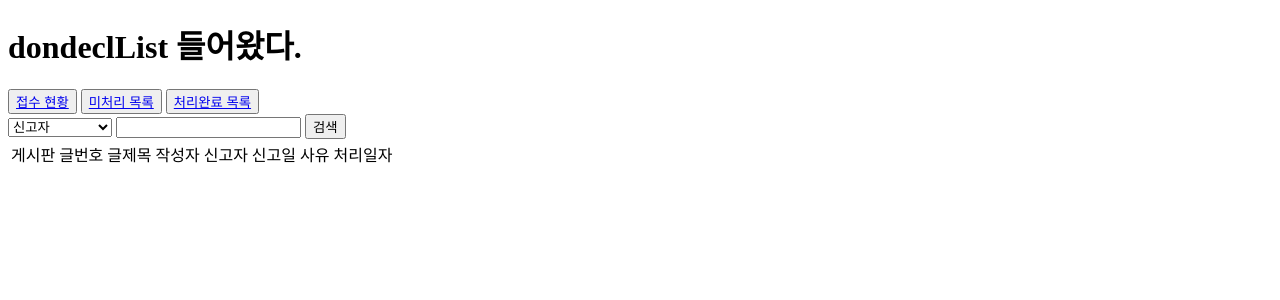
Repository: banana1531/ggs
Page: http://localhost/ggs/WEB-INF/views/admin/dondeclList.jsp
The author's editor kept a copy of each file at every save. The page is drawn from the files as they stood at one save, then again after the next save.
The browser window is 1280 px wide. The pictures show the whole page.
The page is served by Tomcat 9. Nobody is signed in. Other server files are loaded and not shown. The template is opened directly, without the code that normally fills it, so the values that code supplies are empty.

Above is the page before, as saved 2020-07-13 06:29:26.

### 99s/ggs/src/main/webapp/WEB-INF/views/admin/dondeclList.jsp
<%@ page language="java" contentType="text/html; charset=UTF-8"
    pageEncoding="UTF-8"%>
<%@taglib prefix="c" uri="http://java.sun.com/jsp/jstl/core"%>
<!DOCTYPE html>
<html>
<head>
<meta charset="UTF-8">
<title>Insert title here</title>
</head>
<body>
   <h1>dondeclList 들어왔다.</h1>
    <div class="container">
	   <button><a href="/admin/deSummary.gg">접수 현황</a></button>
	   <button><a href="/admin/declList.gg">미처리 목록</a></button>
	   <button><a href="/admin/dondeclList.gg">처리완료 목록</a></button>
   </div>
   <div class="container">
		<nav class="navbar navbar-right">
			<form action="/admin/declSearch.gg" class="form-inline">
				<select name="option" class="form-control">
					<option value="id">신고자</option>
					<option value="writer">작성자</option>
					<option value="idAndWriter">신고자+작성자</option>
					<option value="title">제목</option>
					<option value="content">내용</option>
				</select> <input type="text" name="name" class="form-control">
				<button class="btn">검색</button>

			</form>
		</nav>
		<table class="table">
			<tr>
				<td>게시판</td>
				<td>글번호</td>
				<td>글제목</td>
				<td>작성자</td>
				<td>신고자</td>
				<td>신고일</td>
				<td>사유</td>
				<td>처리일자</td>
			</tr>
			<c:forEach items="${declist}" var="list">
				<tr class="dto">
					<td class="bname">${list.boardname }</td>
					<td class="no">${list.fno }</td>
					<td>${list.title }</td>
					<td>${list.writer }</td>
					<td>${list.uid }</td>
					<td>${list.inputdate }</td>
					<td>${list.reason }</td>
					<td>처리일자</td>
				</tr>
			</c:forEach>
		</table>
   </div>
</body>
</html>

After the next save:
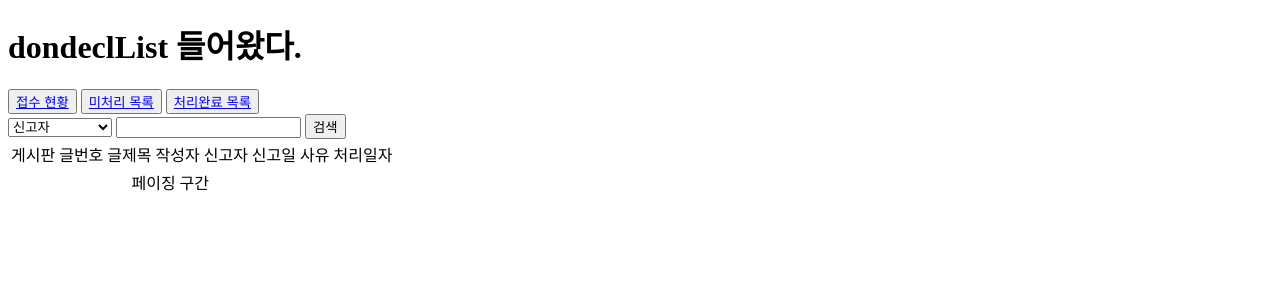
Saved 81 s later.
--- a/99s/ggs/src/main/webapp/WEB-INF/views/admin/dondeclList.jsp
+++ b/99s/ggs/src/main/webapp/WEB-INF/views/admin/dondeclList.jsp
@@ -51,6 +51,9 @@
 					<td>처리일자</td>
 				</tr>
 			</c:forEach>
+			<tr>
+				<td align="center" colspan="7">페이징 구간</td>
+			</tr>
 		</table>
    </div>
 </body>
